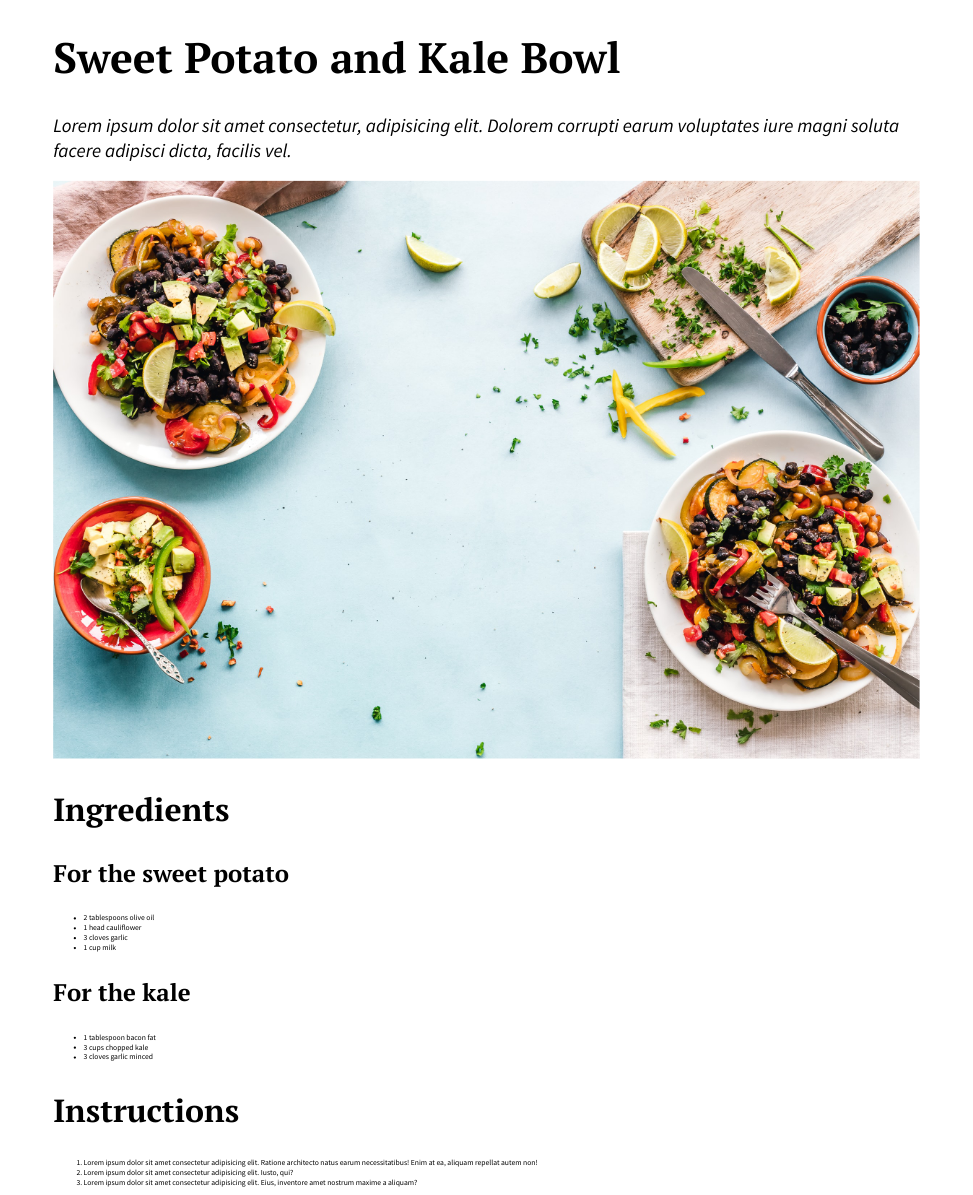
Repository: ZhenyaKu/recipe-art-pages
Page: index.html
These files come from the project's save history. The page is drawn as it stood at one moment and after the next save; the edit follows.
The browser window is 1280 px wide. The pictures show the whole page, at 76% of full size.

Above is the page before, as saved 2021-03-15 00:12:35.

After the next save:
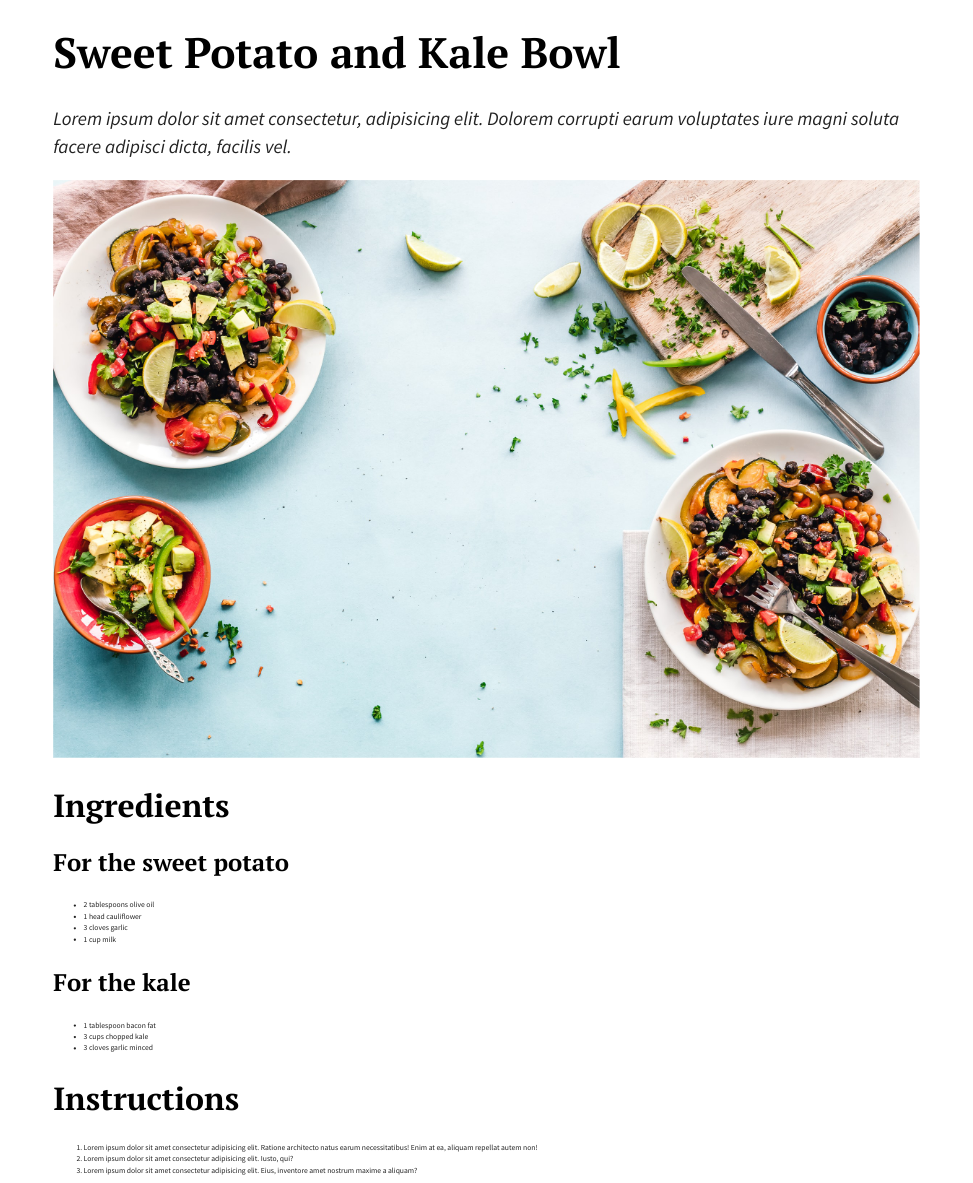
Saved 98 s later.
--- a/css/styles.css
+++ b/css/styles.css
@@ -4,7 +4,10 @@ html {
 
 body {
     font-family: 'Source Sans Pro', sans-serif;
-    font-size: ;
+    font-size: font-size: 1.8rem;
+    color: #222;
+    line-height: 1.5;
+
 }
 
 .container {
@@ -18,7 +21,7 @@ h3 {
     font-family: 'PT Serif', serif;
     color: black;
     font-weight: 900;
-    line-height: 1, 1;
+    line-height: 1.1;
 }
 
 h1 {
